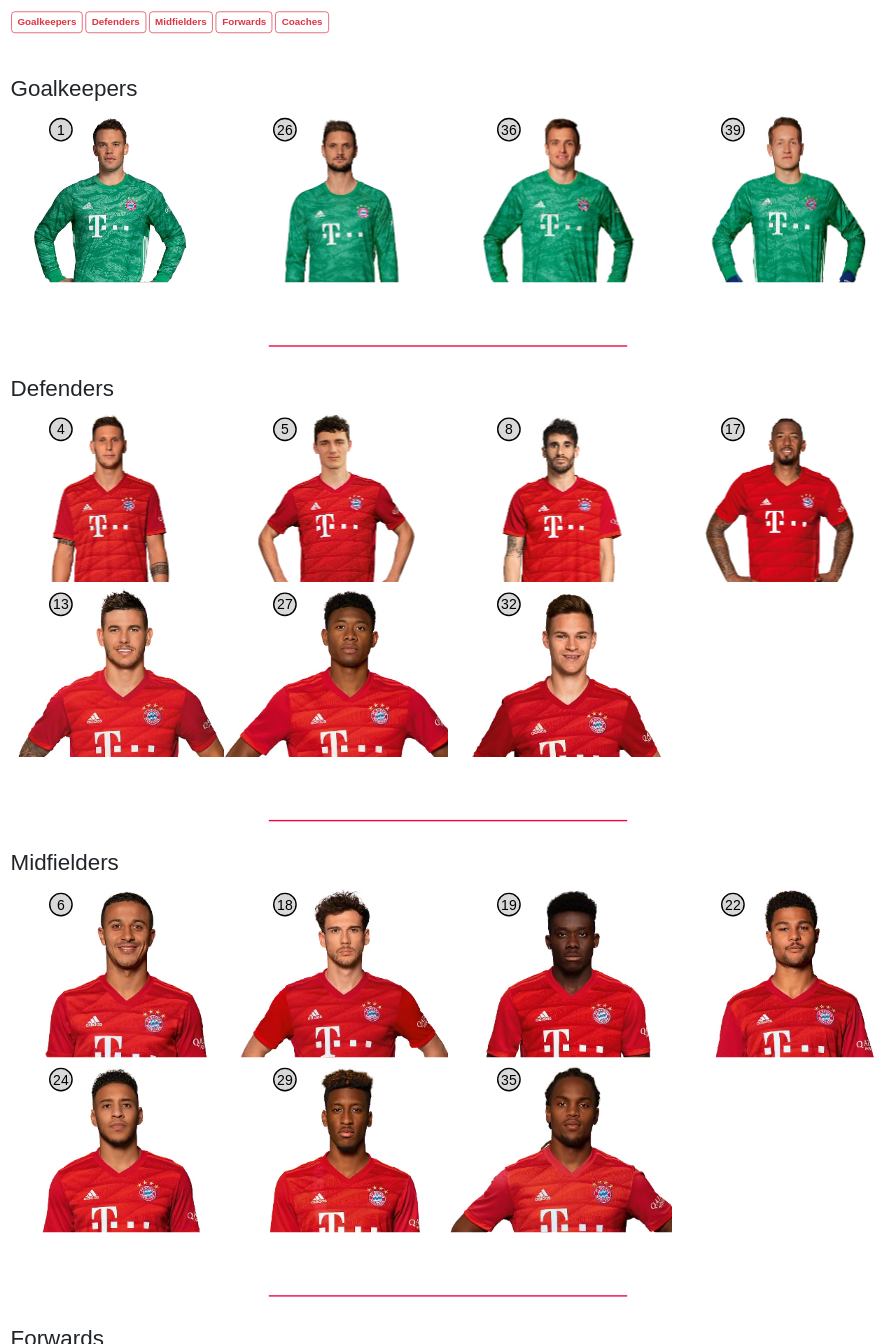
Repository: Code-Institute-Submissions/alnibo-milestone-project-1
Page: team.html
The author's editor kept a record of every edit. The page is drawn from the files as they stood at one moment, then again after the next edit.
The browser window is 1280 px wide. The pictures show the part of the page from y = 796 to 2716 px (the page is 3603 px tall), at 70% of full size.
Some web fonts or font styles are not loaded; a fallback is used.

Above is the page before.

### team.html
<!DOCTYPE html>
<html lang="en">

<head>
    <meta charset="UTF-8">
    <meta name="viewport" content="width=device-width, initial-scale=1.0">
    <link rel="stylesheet" href="https://stackpath.bootstrapcdn.com/bootstrap/4.3.1/css/bootstrap.min.css" type="text/css" />
    <link rel="stylesheet" href="https://stackpath.bootstrapcdn.com/font-awesome/4.7.0/css/font-awesome.min.css" type="text/css" />
    <link rel="stylesheet" href="assets/css/style.css">
    <title>FC Bayern</title>
</head>

<body>

<!---------------------------------------------------- Navbar -->
    <nav class="navbar navbar-expand-sm navbar-light fixed-top">
        <a class="navbar-brand" href="index.html">
            <img src="https://upload.wikimedia.org/wikipedia/commons/thumb/1/1f/Logo_FC_Bayern_München_%282002–2017%29.svg/1024px-Logo_FC_Bayern_München_%282002–2017%29.svg.png" width="30" height="30" class="d-inline-block align-center" alt="Bayern">FC Bayern
        </a>
        <button class="navbar-toggler" type="button" data-toggle="collapse" data-target="#navbarNavDropdown" aria-controls="navbarNavDropdown" aria-expanded="false" aria-label="Toggle navigation">
            <span class="navbar-toggler-icon"></span>
        </button>

        <div class="collapse navbar-collapse" id="navbarNavDropdown">
            <ul class="navbar-nav">
                <li class="nav-item active">
                    <a class="nav-link" href="index.html">Home <span class="sr-only">(current)</span></a>
                </li>
                <li class="nav-item">
                    <a class="nav-link" href="about.html">About</a>
                </li>
                <li class="nav-item dropdown">
                    <a class="nav-link dropdown-toggle" href="#" id="navbarDropdownMenuLink" data-toggle="dropdown" aria-haspopup="true" aria-expanded="false">Team
                    </a>
                    <div class="dropdown-menu" aria-labelledby="navbarDropdownMenuLink">
                        <a class="dropdown-item" href="team.html">All</a>
                        <a class="dropdown-item" href="team.html#goalkeepers">Goalkeepers</a>
                        <a class="dropdown-item" href="team.html#defenders">Defenders</a>
                        <a class="dropdown-item" href="team.html#midfielders">Midfielders</a>
                        <a class="dropdown-item" href="team.html#forwards">Forwards</a>
                        <a class="dropdown-item" href="team.html#coaches">Coaches</a>
                    </div>
                </li>
                <li class="nav-item">
                    <a class="nav-link" href="fixtures.html">Fixtures</a>
                </li>
                <li class="nav-item">
                    <a class="nav-link" href="table.html">Table</a>
                </li>
            </ul>
        </div>
    </nav>


<!---------------------------------------------------- Content -->

    <div class="container-fluid">
        <div class="row">
            <img class="top-pic-team" src="assets/images/team.jpg" alt="team picture">
        </div>
    </div>

    <div class="container-fluid">
        <div class="row selector-btn">
            <a class="btn btn-sm btn-outline-danger btn--team" href="#goalkeepers">Goalkeepers</a>
            <a class="btn btn-sm btn-outline-danger btn--team" href="#defenders">Defenders</a>
            <a class="btn btn-sm btn-outline-danger btn--team" href="#midfielders">Midfielders</a>
            <a class="btn btn-sm btn-outline-danger btn--team" href="#forwards">Forwards</a>
            <a class="btn btn-sm btn-outline-danger btn--team" href="#coaches">Coaches</a>
        </div>
    </div>

    <div id="goalkeepers" class="container-fluid field-position">
        <h2 class="field-position-header">Goalkeepers</h2>
        <div class="row">
            <div class="col-12 col-md-6 col-lg-4 col-xl-3 player-pic">
                <img src="assets/images/1manuelneuer.jpg" width="250" height="300" alt="Manuel Neuer">
                <div class="text-centered1">Manuel Neuer</div>
                <div class="text-centered2">27/03/1986</div>
                <div class="shirt-number">1</div>
            </div>

            <div class="col-12 col-md-6 col-lg-4 col-xl-3 player-pic">
                <img src="assets/images/26svenulreich.jpg" width="250" height="300" alt="Sven Ulreich">
                <div class="text-centered1">Sven Ulreich</div>
                <div class="text-centered2">03/08/1988</div>
                <div class="shirt-number">26</div>
            </div>

            <div class="col-12 col-md-6 col-lg-4 col-xl-3 player-pic">
                <img src="assets/images/36christianfruchtl.jpg" width="250" height="300" alt="Christian Früchtl">
                <div class="text-centered1">Christian Früchtl</div>
                <div class="text-centered2">28/01/2000</div>
                <div class="shirt-number">36</div>
            </div>

            <div class="col-12 col-md-6 col-lg-4 col-xl-3 player-pic">
                <img src="assets/images/39ronthorbenhoffmann.jpg" width="240" height="300" alt="Ron-Thorben Hoffmann">
                <div class="text-centered1">Ron-Thorben Hoffmann</div>
                <div class="text-centered2">04/04/1999</div>
                <div class="shirt-number">39</div>
            </div>
        </div>
    </div>

    <hr class="block-divider-team">

    <div id="defenders" class="container-fluid field-position">
        <h2 class="field-position-header">Defenders</h2>
        <div class="row">
            <div class="col-12 col-md-6 col-lg-4 col-xl-3 player-pic">
                <img src="assets/images/4niklassule.jpg" width="250" height="300" alt="Niklas Süle">
                <div class="text-centered1">Niklas Süle</div>
                <div class="text-centered2">03/09/1995</div>
                <div class="shirt-number">4</div>
            </div>

            <div class="col-12 col-md-6 col-lg-4 col-xl-3 player-pic">
                <img src="assets/images/5benjaminpavard.jpg" width="250" height="300" alt="Benjamin Pavard">
                <div class="text-centered1">Benjamin Pavard</div>
                <div class="text-centered2">28/3/1996</div>
                <div class="shirt-number">5</div>
            </div>

            <div class="col-12 col-md-6 col-lg-4 col-xl-3 player-pic">
                <img src="assets/images/8javimartinez.jpg" width="250" height="300" alt="Javi Martinez">
                <div class="text-centered1">Javi Martínez</div>
                <div class="text-centered2">02/09/1988</div>
                <div class="shirt-number">8</div>
            </div>

            <div class="col-12 col-md-6 col-lg-4 col-xl-3 player-pic">
                <img src="assets/images/17jeromeboateng.jpg" width="250" height="300" alt="Jérôme Boateng">
                <div class="text-centered1">Jérôme Boateng</div>
                <div class="text-centered2">03/09/1988</div>
                <div class="shirt-number">17</div>
            </div>

            <div class="col-12 col-md-6 col-lg-4 col-xl-3 player-pic">
                <img src="assets/images/21lucashernandez.jpg" alt="Lucas Hernández">
                <div class="text-centered1">Lucas Hernández</div>
                <div class="text-centered2">14/02/1996</div>
                <div class="shirt-number">13</div>
            </div>

            <div class="col-12 col-md-6 col-lg-4 col-xl-3 player-pic">
                <img src="assets/images/27davidalaba.jpg" alt="David Alaba">
                <div class="text-centered1">David Alaba</div>
                <div class="text-centered2">24/06/1992</div>
                <div class="shirt-number">27</div>
            </div>

            <div class="col-12 col-md-6 col-lg-4 col-xl-3 player-pic">
                <img src="assets/images/32joshuakimmich.jpg" alt="Joshua Kimmich">
                <div class="text-centered1">Joshua Kimmich</div>
                <div class="text-centered2">08/02/1995</div>
                <div class="shirt-number">32</div>
            </div>
        </div>
    </div>

    <hr class="block-divider-team">

    <div id="midfielders" class="container-fluid field-position">
        <h2 class="field-position-header">Midfielders</h2>
        <div class="row">
            <div class="col-12 col-md-6 col-lg-4 col-xl-3 player-pic">
                <img src="assets/images/6thiago.jpg" alt="Thiago">
                <div class="text-centered1">Thiago</div>
                <div class="text-centered2">11/04/1991</div>
                <div class="shirt-number">6</div>
            </div>

            <div class="col-12 col-md-6 col-lg-4 col-xl-3 player-pic">
                <img src="assets/images/18leongoretzka.jpg" alt="Leon Goretzka">
                <div class="text-centered1">Leon Goretzka</div>
                <div class="text-centered2">06/02/1995</div>
                <div class="shirt-number">18</div>
            </div>

            <div class="col-12 col-md-6 col-lg-4 col-xl-3 player-pic">
                <img src="assets/images/19alphonsodavies.jpg" alt="Alphonso Davies">
                <div class="text-centered1">Alphonso Davies</div>
                <div class="text-centered2">02/11/2000</div>
                <div class="shirt-number">19</div>
            </div>

            <div class="col-12 col-md-6 col-lg-4 col-xl-3 player-pic">
                <img src="assets/images/22sergegnabry.jpg" alt="Serge Gnabry">
                <div class="text-centered1">Serge Gnabry</div>
                <div class="text-centered2">14/07/1995</div>
                <div class="shirt-number">22</div>
            </div>

            <div class="col-12 col-md-6 col-lg-4 col-xl-3 player-pic">
                <img src="assets/images/24corentintolisso.jpg" alt="Corentin Tolisso">
                <div class="text-centered1">Corentin Tolisso</div>
                <div class="text-centered2">03/08/1994</div>
                <div class="shirt-number">24</div>
            </div>

            <div class="col-12 col-md-6 col-lg-4 col-xl-3 player-pic">
                <img src="assets/images/29kingsleycoman.jpg" alt="Kingsley Coman">
                <div class="text-centered1">Kingsley Coman</div>
                <div class="text-centered2">13/06/1996</div>
                <div class="shirt-number">29</div>
            </div>

            <div class="col-12 col-md-6 col-lg-4 col-xl-3 player-pic">
                <img src="assets/images/35renatosanches.jpg" alt="Renato Sanches">
                <div class="text-centered1">Renato Sanches</div>
                <div class="text-centered2">18/08/1997</div>
                <div class="shirt-number">35</div>
            </div>
        </div>
    </div>

    <hr class="block-divider-team">

    <div id="forwards" class="container-fluid field-position">
        <h2 class="field-position-header">Forwards</h2>
        <div class="row">
            <div class="col-12 col-md-6 col-lg-4 col-xl-3 player-pic">
                <img src="assets/images/9robertlewandowski.jpg" alt="Robert Lewandowski">
                <div class="text-centered1">Robert Lewandowski</div>
                <div class="text-centered2">21/08/1988</div>
                <div class="shirt-number">9</div>
            </div>

            <div class="col-12 col-md-6 col-lg-4 col-xl-3 player-pic">
                <img src="assets/images/15fietearp.jpg" alt="Fiete Arp">
                <div class="text-centered1">Fiete Arp</div>
                <div class="text-centered2">06/01/2000</div>
                <div class="shirt-number">25</div>
            </div>

            <div class="col-12 col-md-6 col-lg-4 col-xl-3 player-pic">
                <img src="assets/images/25thomasmuller.jpg" alt="Thomas Müller">
                <div class="text-centered1">Thomas Müller</div>
                <div class="text-centered2">13/09/1989</div>
                <div class="shirt-number">25</div>
            </div>
        </div>
    </div>

    <hr class="block-divider-team">

    <div id="coaches" class="container-fluid field-position">
        <h2 class="field-position-header">Coaches</h2>
        <div class="row">
            <div class="col-12 col-md-6 col-lg-4 col-xl-3 player-pic">
                <img src="assets/images/nikokovac.jpg" alt="Niko Kovac">
                <div class="text-centered1">Niko Kovac</div>
                <div class="text-centered2">Head coach</div>
                <div class="shirt-number">NK</div>
            </div>

            <div class="col-12 col-md-6 col-lg-4 col-xl-3 player-pic">
                <img src="assets/images/robertkovac.jpg" alt="Robert Kovac">
                <div class="text-centered1">Robert Kovac</div>
                <div class="text-centered2">Assistant coach</div>
                <div class="shirt-number">RK</div>
            </div>

            <div class="col-12 col-md-6 col-lg-4 col-xl-3 player-pic">
                <img src="assets/images/tonitapalovic.jpg" alt="Toni Tapalovic">
                <div class="text-centered1">Toni Tapalovic</div>
                <div class="text-centered2">Goalkeeping coach</div>
                <div class="shirt-number">TT</div>
            </div>

            <div class="col-12 col-md-6 col-lg-4 col-xl-3 player-pic">
                <img src="assets/images/holgerbroich.jpg" alt="Prof. Dr. Holger Broich">
                <div class="text-centered1">Prof. Dr. Holger Broich</div>
                <div class="text-centered2"></div>
                <div class="shirt-number">HB</div>
            </div>

        </div>
    </div>

    <div class="container-fluid spaceholder">

    </div>

<!---------------------------------------------------- Footer -->

    <footer class="container-fluid">
        <div class="footer-details row">
            <div class="col-sm-12">
                <h5 class="social">Follow FC Bayern!</h5>
                <ul class="list-inline social-links">
                    <li class="list-inline-item">
                        <a target="_blank" href="https://www.facebook.com/fcbayern.en/">
                            <i class="fa fa-facebook" aria-hidden="true"></i>
                            <span class="sr-only">Facebook</span>
                        </a>
                    </li>
                    <li class="list-inline-item">
                        <a target="_blank" href="https://www.instagram.com/fcbayern/?hl">
                            <i class="fa fa-instagram" aria-hidden="true"></i>
                            <span class="sr-only">Instagram</span>
                        </a>
                    </li>
                    <li class="list-inline-item">
                        <a target="_blank" href="https://www.youtube.com/user/fcbayern">
                            <i class="fa fa-youtube" aria-hidden="true"></i>
                            <span class="sr-only">YouTube</span>
                        </a>
                    </li>
                    <li class="list-inline-item">
                        <a target="_blank" href="https://twitter.com/FCBayern">
                            <i class="fa fa-twitter" aria-hidden="true"></i>
                            <span class="sr-only">Twitter</span>
                        </a>
                    </li>
                </ul>
            </div>
        </div>
    </footer>

    <script src="https://code.jquery.com/jquery-3.3.1.slim.min.js" integrity="sha384-q8i/X+965DzO0rT7abK41JStQIAqVgRVzpbzo5smXKp4YfRvH+8abtTE1Pi6jizo" crossorigin="anonymous"></script>
    <script src="https://stackpath.bootstrapcdn.com/bootstrap/4.1.3/js/bootstrap.min.js" integrity="sha384-ChfqqxuZUCnJSK3+MXmPNIyE6ZbWh2IMqE241rYiqJxyMiZ6OW/JmZQ5stwEULTy" crossorigin="anonymous"></script>
</body>

</html>

Loaded but not shown: assets/css/style.css (599 lines, source omitted)

After the next edit:
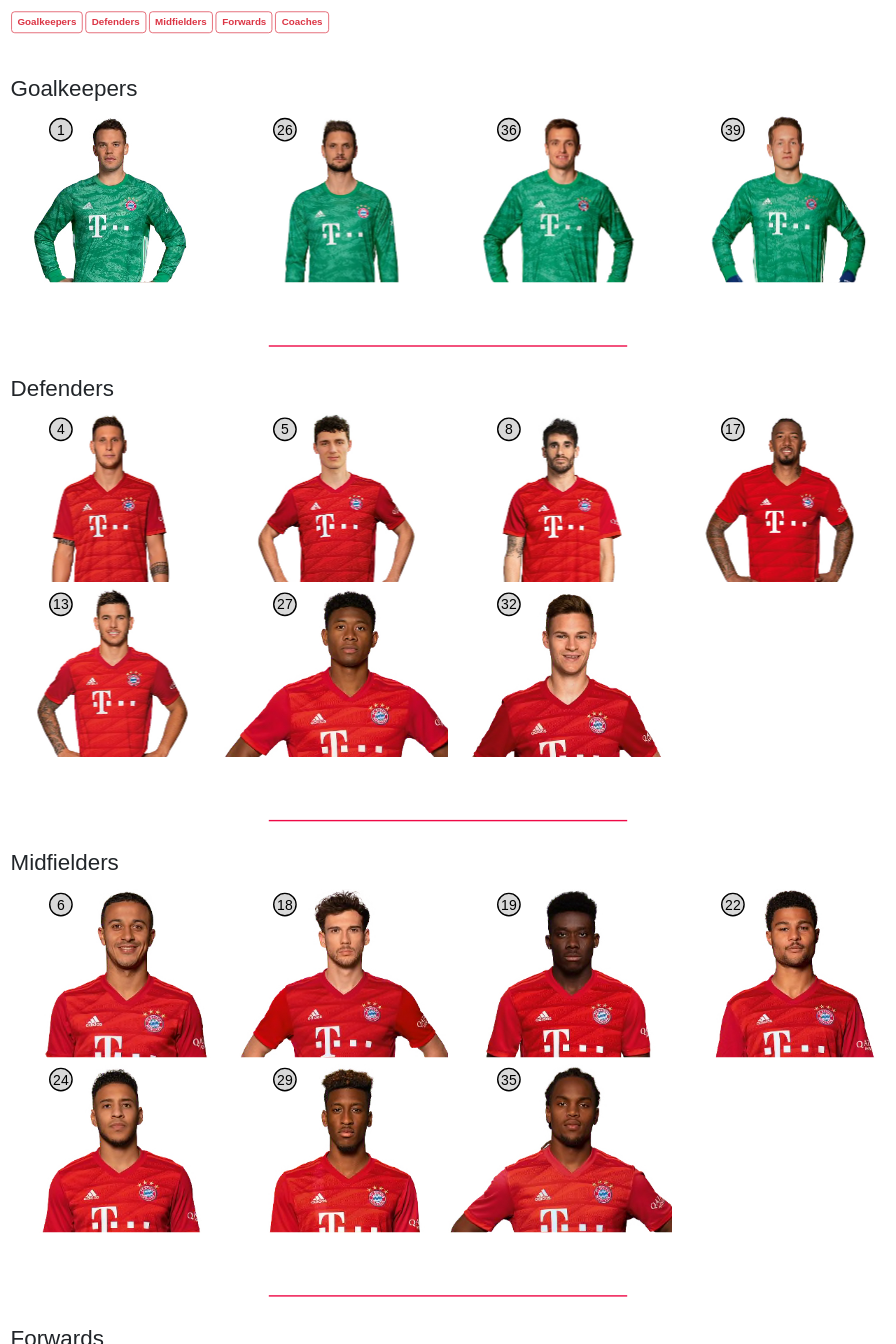
The edit:
--- a/team.html
+++ b/team.html
@@ -137,7 +137,7 @@
             </div>
 
             <div class="col-12 col-md-6 col-lg-4 col-xl-3 player-pic">
-                <img src="assets/images/21lucashernandez.jpg" alt="Lucas Hernández">
+                <img src="assets/images/21lucashernandez.jpg" width="250" height="300" alt="Lucas Hernández">
                 <div class="text-centered1">Lucas Hernández</div>
                 <div class="text-centered2">14/02/1996</div>
                 <div class="shirt-number">13</div>
